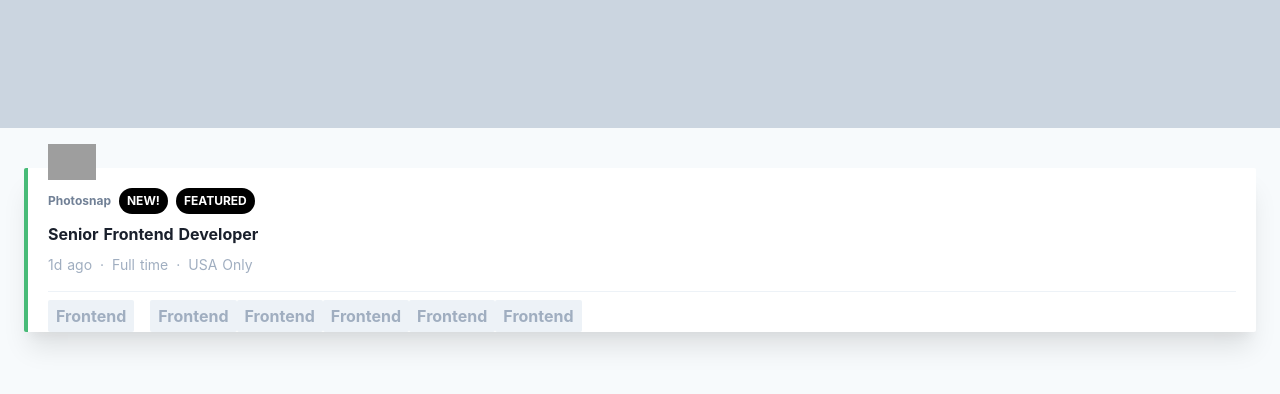
Repository: asongdon/frontendmentor-joblisting
Page: /
These files come from the project's save history. The page is drawn as it stood at one moment and after the next save; the edit follows.
The browser window is 1280 px wide. The pictures show the whole page.
Pictures or frames that could not be fetched are drawn as grey boxes. The project was rebuilt for these pictures with package versions that can differ from the ones it lists, and the page was loaded fresh each time. The framework's server and built-in components were replaced by stand-ins that run in the browser. Also part of the build but not shown: nuxt.config.js.

Above is the page before, as saved 2020-04-12 21:00:23.

After the next save:
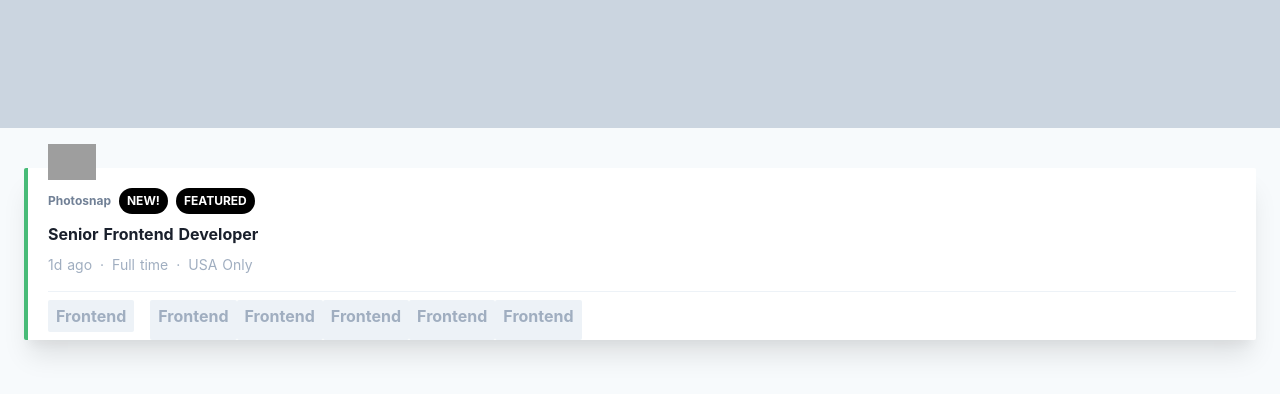
Saved 6 s later.
--- a/components/Maincard.vue
+++ b/components/Maincard.vue
@@ -30,7 +30,7 @@
     </div>
 
     <div class="mt-2 flex flex-wrap justify-start">
-      <div class="px-2 py-1 bg-gray-200 text-gray-500 rounded-sm font-bold mr-4">Frontend</div>
+      <div class="px-2 py-1 bg-gray-200 text-gray-500 rounded-sm font-bold mr-4 mb-2">Frontend</div>
       <div class="px-2 py-1 bg-gray-200 text-gray-500 rounded-sm font-bold">Frontend</div>
       <div class="px-2 py-1 bg-gray-200 text-gray-500 rounded-sm font-bold">Frontend</div>
       <div class="px-2 py-1 bg-gray-200 text-gray-500 rounded-sm font-bold">Frontend</div>
